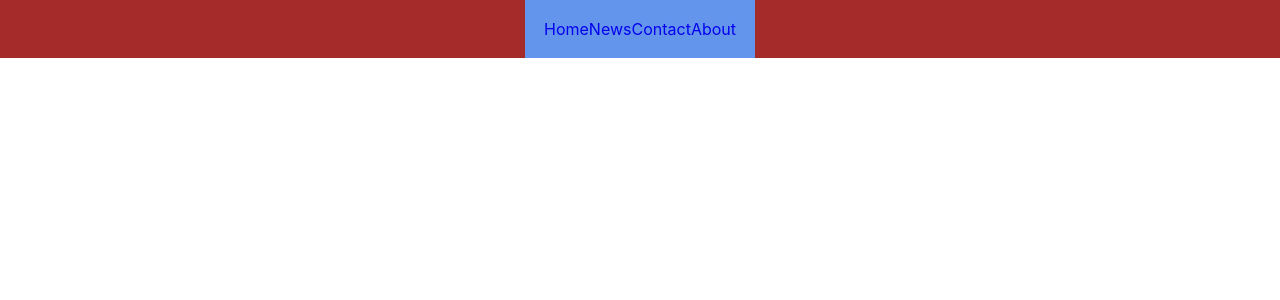
Repository: tusharpasricha/owlsomecoffee
Page: /
These files come from the project's save history. The page is drawn as it stood at one moment and after the next save; the edit follows.
The browser window is 1280 px wide. The pictures show the whole page.
The project was rebuilt for these pictures with package versions that can differ from the ones it lists, and the page was loaded fresh each time.

Above is the page before, as saved 2021-09-27 08:39:00.

After the next save:
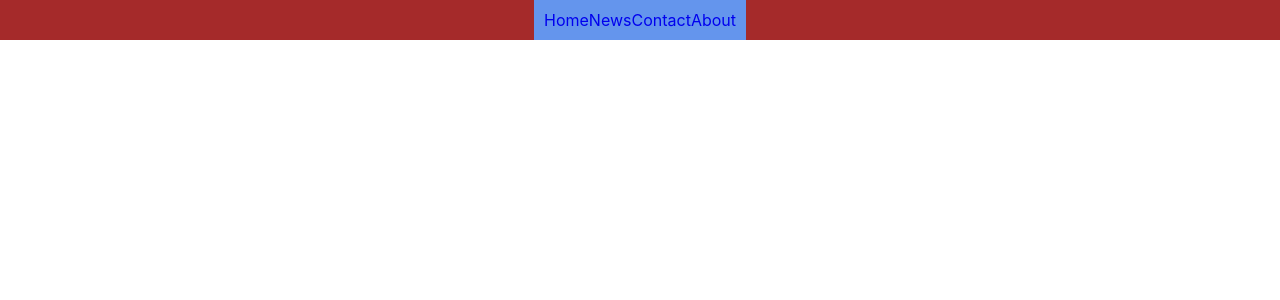
Saved 6 s later.
--- a/src/components/navbar.css
+++ b/src/components/navbar.css
@@ -12,7 +12,7 @@ div{
      display: flex;
      list-style-type: none;
      justify-content: center;
-     padding: 10%;
+     padding: 10px;
  }
  a{
      text-decoration: none;
